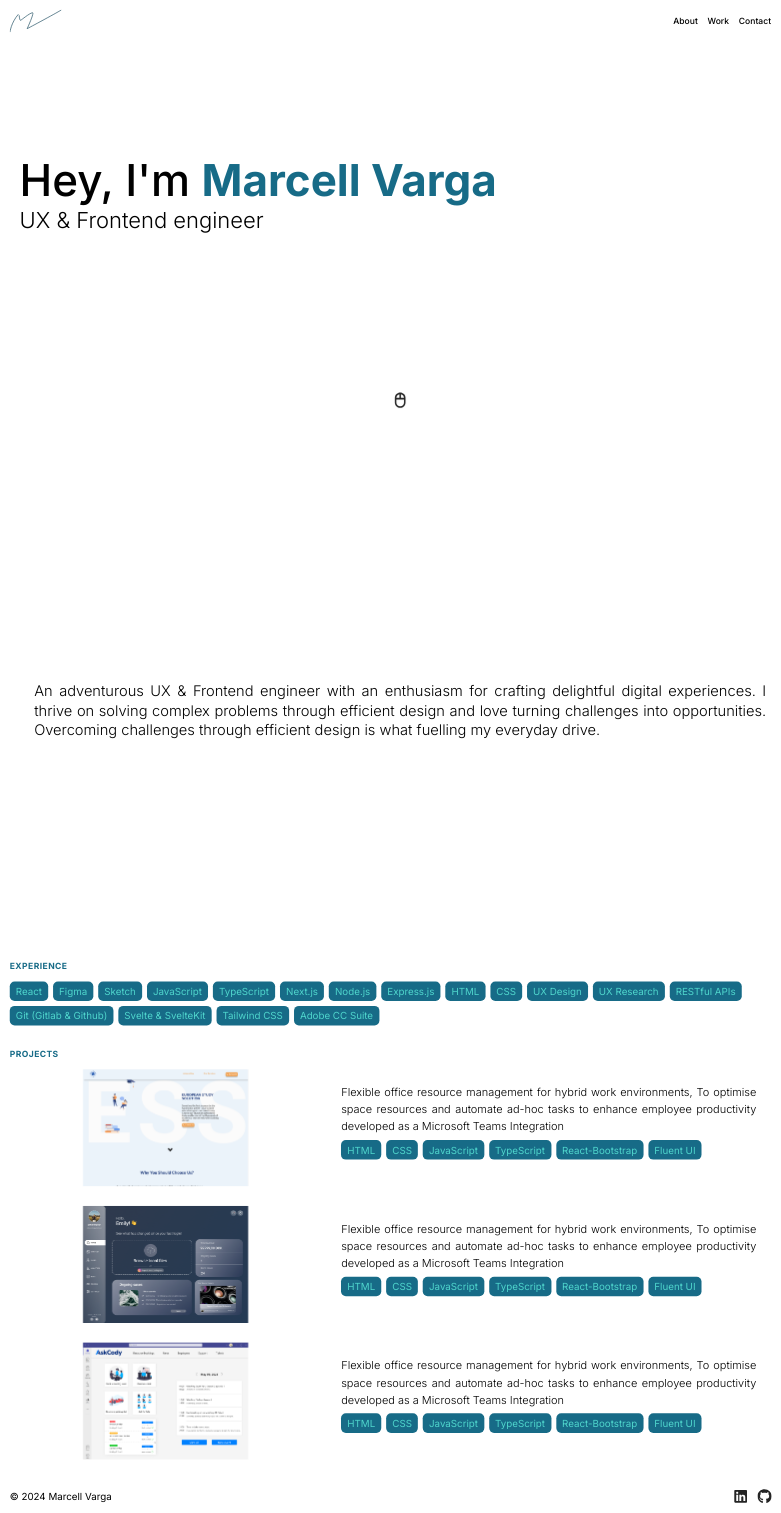
Repository: TheMarcellVarga/personal-portfolio-v.2
Page: /
These files come from the project's save history. The page is drawn as it stood at one moment and after a run of saves; the edit follows.
The browser window is 1280 px wide. The pictures show the whole page, at 61% of full size.
The project was rebuilt for these pictures with package versions that can differ from the ones it lists, and the page was loaded fresh each time. The framework's server and built-in components were replaced by stand-ins that run in the browser. Also part of the build but not shown: next.config.mjs.

Above is the page before, as saved 2024-04-25 01:11:54.

After the next 3 saves:
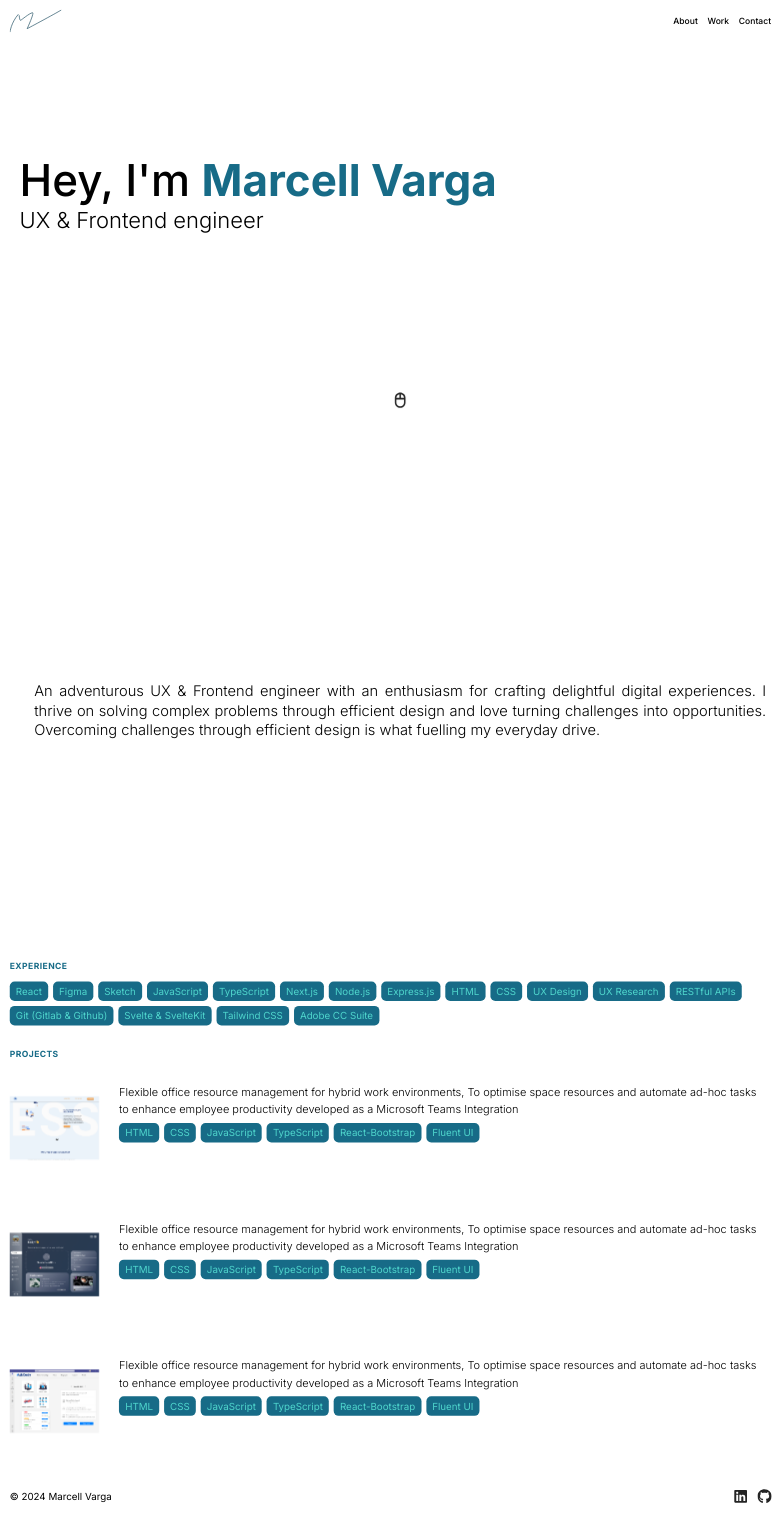
The 3 saves are shown as one change because they came seconds apart.
The last was saved 11 s later.
--- a/app/page.tsx
+++ b/app/page.tsx
@@ -239,7 +239,7 @@ export default function Page() {
           <div className="flex flex-col gap-8">
             {projects.map((project) => (
               <div key={project.title} className="flex gap-2">
-                <div className="w-screen h-full relative rounded-lg overflow-hidden y-5">
+                <div className="w-60 h-full relative rounded-lg overflow-hidden y-5">
                   <div className="h-48">
                     <Image
                       src={project.image} // Use the image path from the project object
